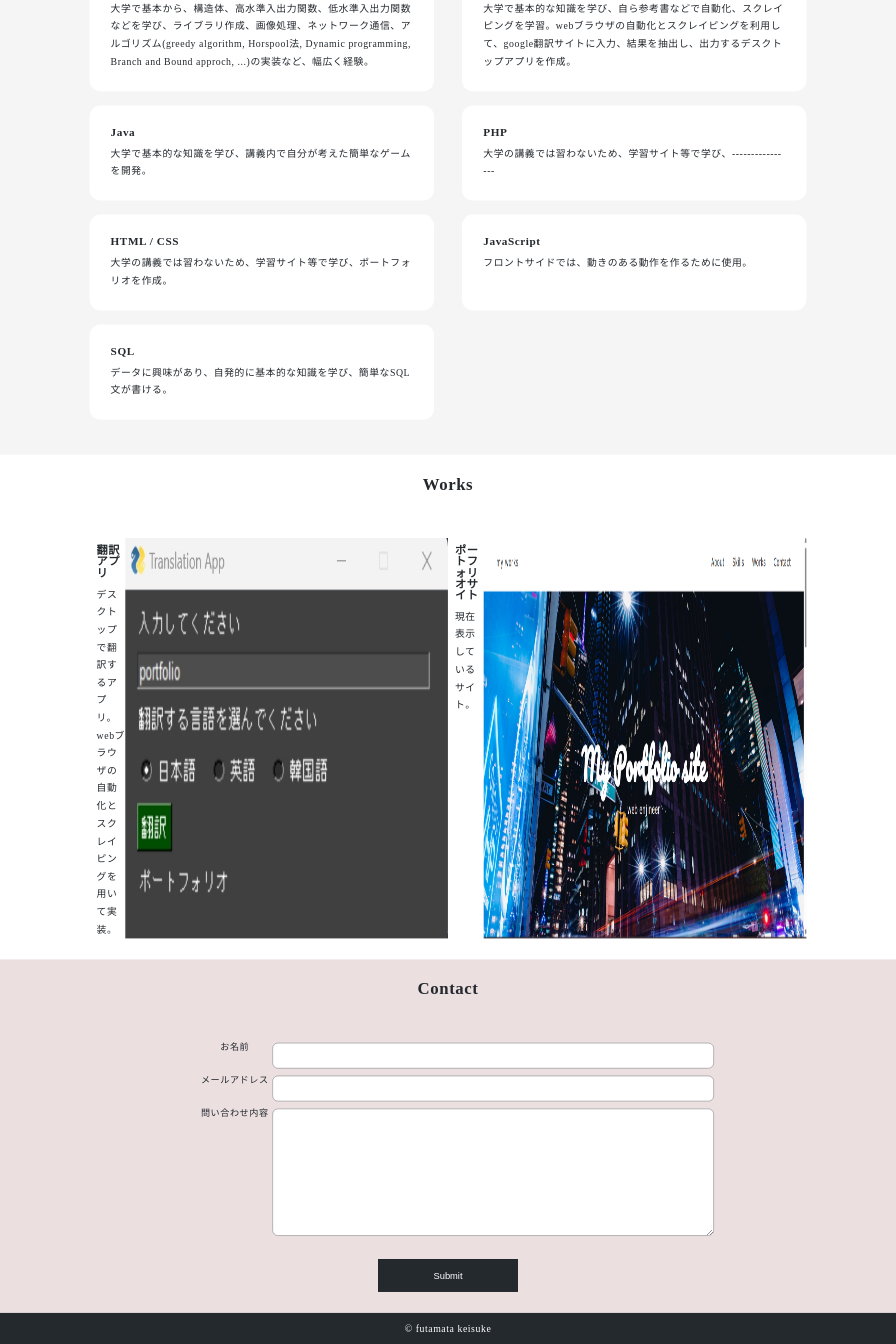
Repository: F-ksk/portfolio
Page: index.html
An editor plug-in stored every save of this project. The page is shown before and after the next save, followed by the edit.
The browser window is 1280 px wide. The pictures show the part of the page from y = 1152 to 3072 px (the page is 3072 px tall before and 2703 px after), at 70% of full size.

Above is the page before, as saved 2023-06-29 23:58:15.

### index.html
<!DOCTYPE html>
<html>
    <head>
        <meta charset="UTF-8" />
        <meta http-equiv="X-UA-Compatible" content="IE=edge" />
        <meta name="viewport" content="width=device-width, initial-scale=1.0" />
        <meta name="robots" content="noindex" />
        <title>FK Portfolio</title>
        <link rel="stylesheet" href="css/reset.css" />
        <link rel="stylesheet" href="css/style.css" />
    </head>
    <body>

        <header>
            <a href="index.html">FK works</a>
            <nav>
                <ul>
                    <li><a href="#about">About</a></li>
                    <li><a href="#skills">Skills</a></li>
                    <li><a href="#works">Works</a></li>
                    <li><a href="#contact">Contact</a></li>
                </ul>
            </nav>
        </header>

        <div class="main-visual">
            <div>
                <h1>My Portfolio site</h1>
                <p>web enjineer</p>
            </div>
        </div>

        <section id="about">
            <h2>About</h2>
            <div id="about-name">
                <h3>二俣 圭介</h3>
                <p>futamata keisuke</p>
            </div>
            <div id="about-detail">
                <p>
                    国立大学法人福井大学・工学部・電気電子情報工学科在学中。<br>
                    大学でプログラミングを学び、プログラミングスキルを向上させるため、日々、勉強しています。
                    C,Python,Java,HTML,CSS,SQLの知識とプログラミング経験があります。<br>
                    趣味はツーリング。
                </p>
                <img src="./img/man.jpg">
            </div>
        </section>
        <section id="skills">
            <h2>Skills</h2>
            <div class="skill-list">
                <div class="skill-item">
                    <h3>C</h3>
                    <p>大学で基本から、構造体、高水準入出力関数、低水準入出力関数などを学び、ライブラリ作成、画像処理、ネットワーク通信、アルゴリズム(greedy algorithm, Horspool法, Dynamic programming, Branch and Bound approch, ...)の実装など、幅広く経験。</p>
                </div>
                <div class="skill-item">
                    <h3>Python</h3>
                    <p>大学で基本的な知識を学び、自ら参考書などで自動化、スクレイピングを学習。webブラウザの自動化とスクレイピングを利用して、google翻訳サイトに入力、結果を抽出し、出力するデスクトップアプリを作成。</p>
                </div>
                <div class="skill-item">
                    <h3>Java</h3>
                    <p>大学で基本的な知識を学び、講義内で自分が考えた簡単なゲームを開発。</p>
                </div>
                <div class="skill-item">
                    <h3>PHP</h3>
                    <p>大学の講義では習わないため、学習サイト等で学び、----------------</p>
                </div>
                <div class="skill-item">
                    <h3>HTML / CSS</h3>
                    <p>大学の講義では習わないため、学習サイト等で学び、ポートフォリオを作成。</p>
                </div>
                <div class="skill-item">
                    <h3>JavaScript</h3>
                    <p>フロントサイドでは、動きのある動作を作るために使用。</p>
                </div>
                <div class="skill-item">
                    <h3>SQL</h3>
                    <p>データに興味があり、自発的に基本的な知識を学び、簡単なSQL文が書ける。</p>
                </div>
            </div>
        </section>
        <section id="works">
            <h2>Works</h2>
            <div class="work-item">
                <div class="work-description">
                    <h3>翻訳アプリ</h3>
                    <p>デスクトップで翻訳するアプリ。webブラウザの自動化とスクレイピングを用いて実装。</p>
                </div>
                <img src="./img/portfolio.jpg">
                <div class="work-description">
                    <h3>ポートフォリオサイト</h3>
                    <p>現在表示しているサイト。</p>
                </div>
                <img src="./img/portfolio(2).png">
            </div>
        </section>
        <section id="contact">
            <h2>Contact</h2>
            <div class="contact-form">
                <!--<iframe src="https://docs.google.com/forms/d/e/1FAIpQLSfhIRxsClYk-LjjOeqSs9rPikyz6iXAlGFSL5PuYS38eefG3A/viewform?embedded=true" width="640" height="682" frameborder="0" marginheight="0" marginwidth="0">読み込んでいます…</iframe> -->

                <form action="https://docs.google.com/forms/u/0/d/e/1FAIpQLSfhIRxsClYk-LjjOeqSs9rPikyz6iXAlGFSL5PuYS38eefG3A/formResponse" target="_self" method="POST" id="mG61Hd">
                    <dl>
                        <dt>お名前</dt>
                        <dd><input name="entry.{1209985459}" type="text" required="required" id="textfield" class="g_form"></dd>
                        <dt>メールアドレス</dt>
                        <dd><input name="entry.{1499214278}" type="text" class="g_form" id="textfield2"></dd>
                        <dt>問い合わせ内容</dt>
                        <dd><textarea name="entry.{1422841443}" required class="g_form_text" id="entry.{1422841443}"></textarea></dd>
                      </dl>
                      <div class="button"><input type="submit" class="btbt"></div>
                </form>

            </div>
        </section>
        <footer>
            <p>&copy; futamata keisuke</p>
        </footer>
    </body>
</html>

### css/style.css
@charset "UTF-8";
@import url('https://fonts.googleapis.com/css2?family=Roboto:wght@100;300;400;500;700;900&display=swap');
@import url('https://fonts.googleapis.com/css2?family=Noto+Sans+JP:wght@300;400;500;700;900&display=swap');
@import url('https://fonts.googleapis.com/css2?family=Pacifico&display=swap');

html {
  font-size: 100%;
}

body {
    color: #24292e;
    letter-spacing: 0.05em;
}

a,a:visited {
    color: #24292e;
    text-decoration: none;
}

img {
    max-width: 100%;
}

li {
    list-style: none;
}

p {
    line-height: 1.8;
    font-size: 14px;
}

h1 {
    font-size: 60px;
    font-family: 'Pacifico';
}

h2 {
    font-size: 1.5rem;
    text-align: center;
    margin-bottom: 65px;
}

h3 {
    font-size: 16px;
}

header {
    max-width: 100%;
    background-color: #fff;
    display: flex;
    justify-content: space-between;
    height: 80px;
    padding: 0 4%;
    align-items: center;
    position: sticky;
    top: 0;
}

header ul {
    display: flex;
}

header li {
    margin-left: 30px;
}

.main-visual {
    width: 100%;
    height: 550px;
    background-image: url(../img/town.jpg);
    background-size: cover;
    color: #FFF;
    text-align: center;
    display: flex;
    justify-content: center;
    align-items: center;
}

.main-visual p {
    margin-top: 20px;
    font-size: 18px;
}

#about-name{
    display: flex;
    justify-content: flex-start;
    align-items: center;
}

#about h2 {
    margin-top: 40px;
}

#about h3 {
    margin-right: 10px;
}

#about p {
    width: 80%;
}

#about-detail {
    margin-top: 30px;
    display: flex;
    justify-content: space-between;
}

#about img {
    width: 100px;
    height: 100px;
    border-radius: 50%;
    object-fit: cover;
    border-style: solid;
    border-width: 1px;
}

section {
    padding: 30px 10%;
}

#skills {
    background-color: #f5f5f5;
}

#skills h3 {
    margin-bottom: 10px;
}

.skill-list {
    display: flex;
    justify-content: space-between;
    flex-wrap: wrap;
}

.skill-item {
    width: 48%;
    background-color: #fff;
    border-radius: 16px;
    margin-bottom: 20px;
    padding: 30px;
    box-sizing: border-box;
}

.work-item {
    display: flex;
    justify-content: space-between;
}

#works img {
    width: 45%;
}

.work-description {
    margin-left: 10px;
    width: 40%;
}

.work-description p {
    margin-top: 10px;
}

.work-description h3 {
    margin-top: 10px;
}

#contact {
    background-color: #EBDFE0;
    text-align: center;
}

#contact form {
    width: 70%;
    margin: 0 auto;
}

#contact dl {
    display: flex;
    flex-wrap: wrap;
    margin-bottom: 20px;
}

#contact dt {
    width: 15%;
    font-size: 13px;
}

#contact dd {
    width: 85%;
    margin-bottom: 10px;
}

#contact dd input,
#contact dd textarea {
    width: 100%;
    border: solid 1px #999999;
    padding: 10px;
    background-color: #fff;
    border-radius: 8px;
}

#contact dd textarea {
    height: 10rem;
}

#contact .button {
    text-align: center;
}

#contact .button input {
    width: 200px;
    background-color: #24292e;
    color: #fff;
    padding: 15px 0;
    border: solid 1px #24292e;
}

#contact .button input:hover {
    background: #fff;
    color: #24292e;
}

footer {
    background-color: #24292e;
    color: #fff;
    font-size:  0.5rem;
    padding: 10px 20px;
    text-align: center;
}

@media screen and (max-width: 414px) {
	h2 {
        margin-bottom: 30px;
    }

    header {
        max-width: 100%;
        flex-direction: column;
        height: auto;
        padding: 10px 4%;
    }

    #about {
        text-align:  center;
    }

    #about h3 {
        margin: 0;
    }

    #about-name {
        flex-direction: column;
        align-items: center;
    }

    #about-detail {
        flex-direction: flex;
        flex-direction: column-reverse;
        align-items: center;
    }

    #about-detail p {
        text-align: left;
        margin-top: 30px;
        width: 100%;
    }

    .skill-item {
        width: 100%;
    }

    .work-item {
        flex-direction: column;
    }

    #works img {
        width: 100%;
        margin-bottom: 10px;
    }

    .work-description {
        width: 100%;
    }

    #contact form {
        text-align: center;
    }

    #contact input {
        width: 100%;
    }

    #contact dl{
        flex-direction: column;
        width: 100%;
    }

    #contact dt{
        width: auto;
        margin-bottom: 5px;
    }

    #contact dd{
        width: 90%;
    }
}

Loaded but not shown: css/reset.css (common file)

After the next save:
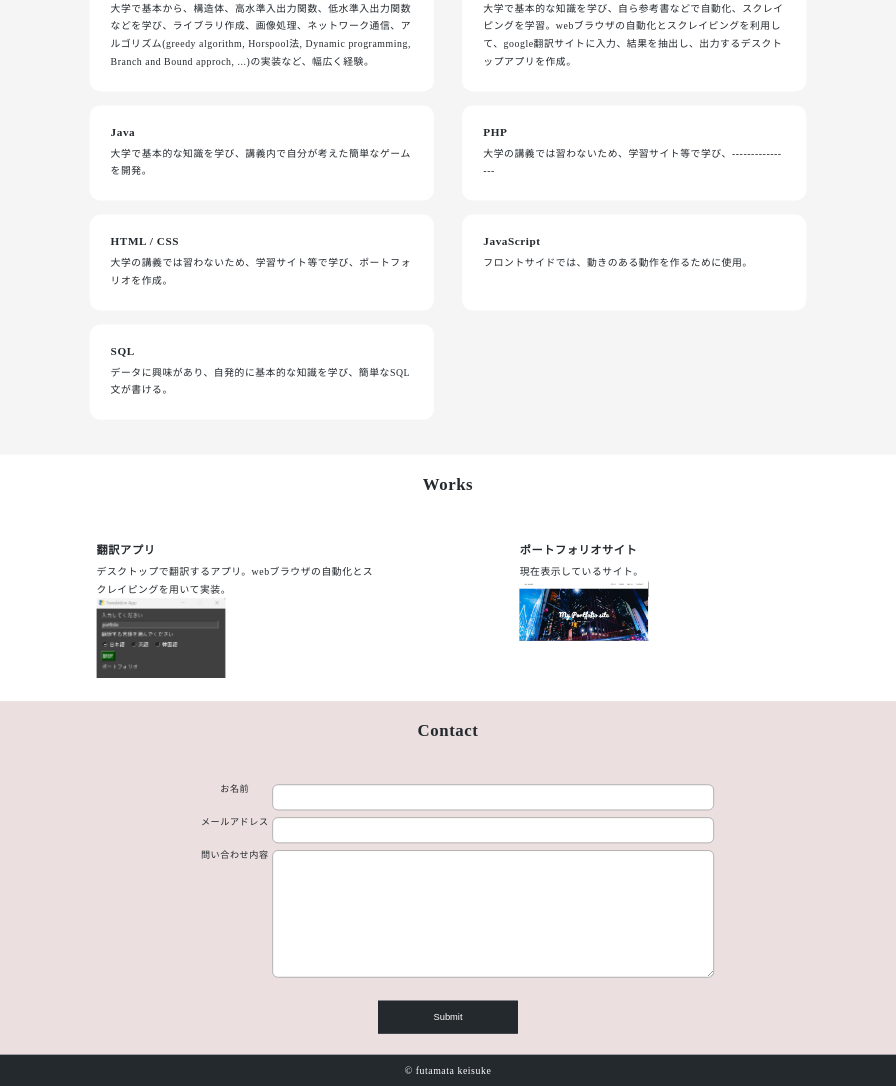
Saved 64 s later.
--- a/index.html
+++ b/index.html
@@ -85,13 +85,15 @@
                 <div class="work-description">
                     <h3>翻訳アプリ</h3>
                     <p>デスクトップで翻訳するアプリ。webブラウザの自動化とスクレイピングを用いて実装。</p>
+                    <img src="./img/portfolio.jpg">
                 </div>
-                <img src="./img/portfolio.jpg">
+
                 <div class="work-description">
                     <h3>ポートフォリオサイト</h3>
                     <p>現在表示しているサイト。</p>
+                    <img src="./img/portfolio(2).png">
                 </div>
-                <img src="./img/portfolio(2).png">
+
             </div>
         </section>
         <section id="contact">
